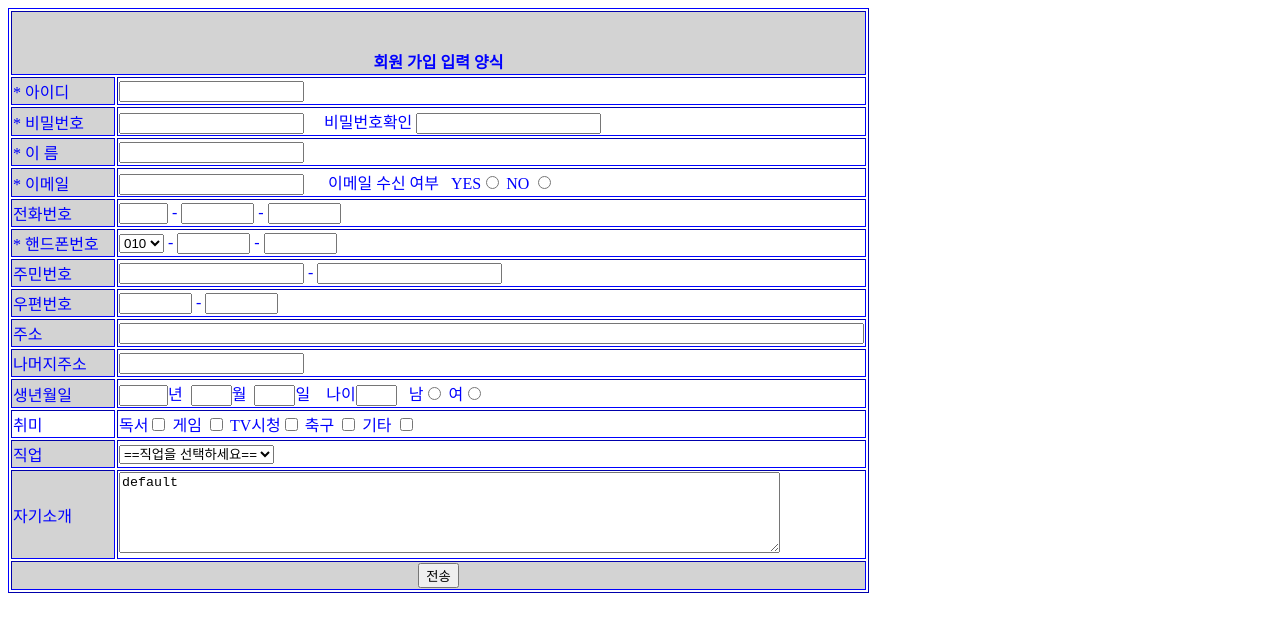
Repository: vkfkstptkd1/WebProgramming
Page: ch3_FormTag/WebContent/In_Form.html
The author's editor kept a copy of each file at every save. The page is drawn from the files as they stood at one save, then again after the next save.
The browser window is 1280 px wide. The pictures show the whole page.

Above is the page before, as saved 2021-03-20 10:10:35.

After the next save:
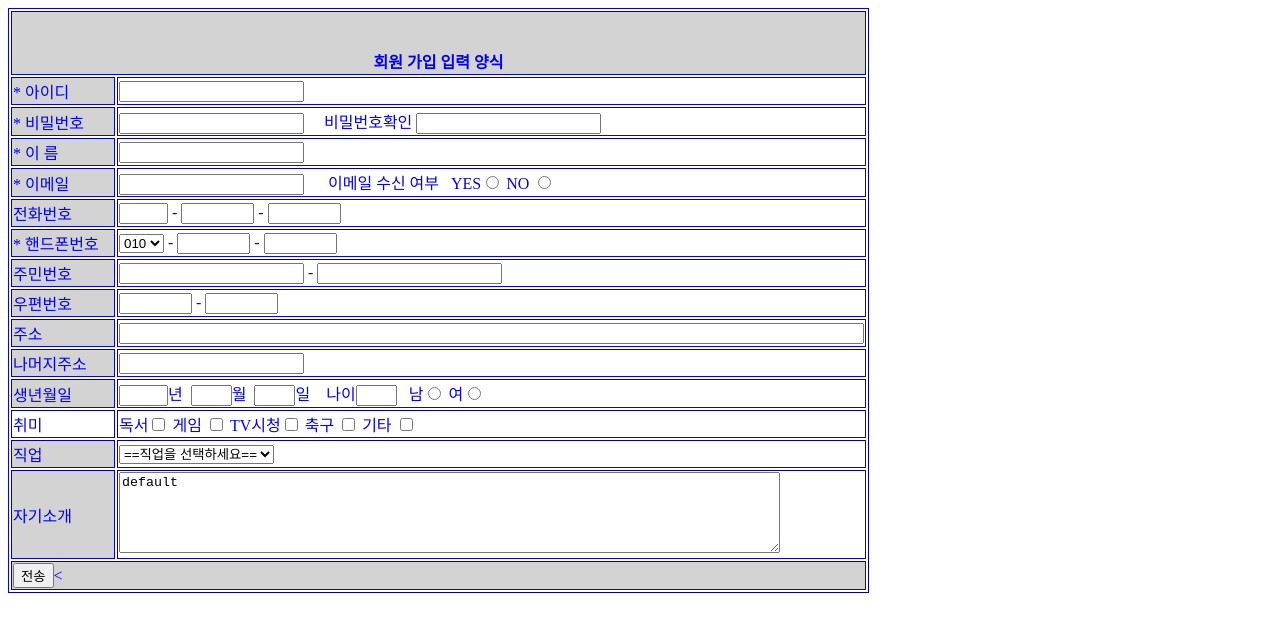
Saved 115 min 2 s later.
--- a/ch3_FormTag/WebContent/In_Form.html
+++ b/ch3_FormTag/WebContent/In_Form.html
@@ -106,7 +106,7 @@
 		</td>
 	</tr>
 	<tr>
-		<td class="style0" colspan="2"><center><input type="submit" value="전송" ></center></td>
+		<td class="style0" colspan="2"><input type="submit" value="전송" ><</td>
 	</tr>
 	</table>
 </form>
